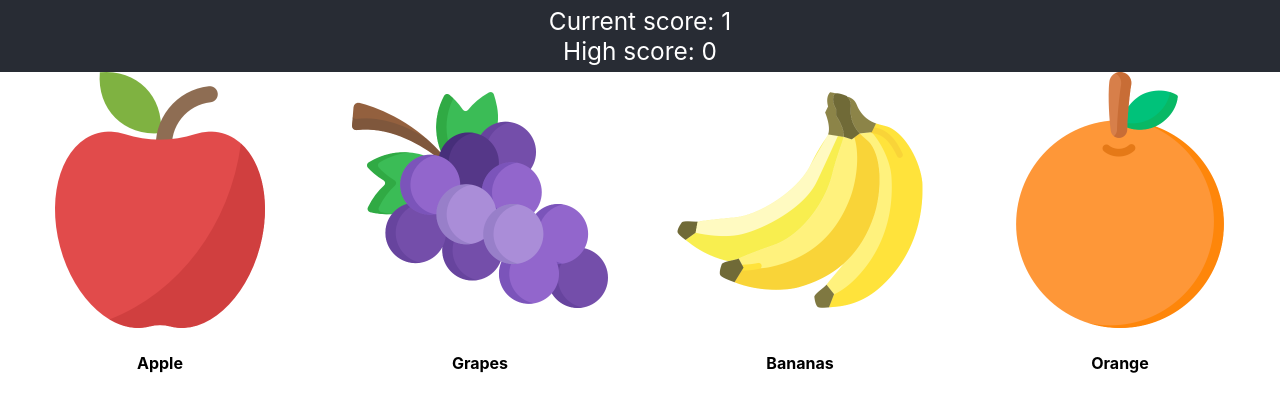
Repository: chin9/MemoryCard
Page: /
An editor plug-in stored every save of this project. The page is shown before and after the next save, followed by the edit.
The browser window is 1280 px wide. The pictures show the whole page.
The project was rebuilt for these pictures with package versions that can differ from the ones it lists, and the page was loaded fresh each time.

Above is the page before, as saved 2021-07-08 19:07:29.

### public/index.html
<!DOCTYPE html>
<html lang="en">
  <head>
    <meta charset="utf-8" />
    <link rel="icon" href="%PUBLIC_URL%/favicon.ico" />
    <meta name="viewport" content="width=device-width, initial-scale=1" />
    <meta name="theme-color" content="#000000" />
    <meta
      name="description"
      content="Web site created using create-react-app"
    />
    <link rel="apple-touch-icon" href="%PUBLIC_URL%/logo192.png" />
    <!--
      manifest.json provides metadata used when your web app is installed on a
      user's mobile device or desktop. See https://developers.google.com/web/fundamentals/web-app-manifest/
    -->
    <link rel="manifest" href="%PUBLIC_URL%/manifest.json" />
    <!--
      Notice the use of %PUBLIC_URL% in the tags above.
      It will be replaced with the URL of the `public` folder during the build.
      Only files inside the `public` folder can be referenced from the HTML.

      Unlike "/favicon.ico" or "favicon.ico", "%PUBLIC_URL%/favicon.ico" will
      work correctly both with client-side routing and a non-root public URL.
      Learn how to configure a non-root public URL by running `npm run build`.
    -->
    <title>Memory Card</title>
  </head>
  <body>
    <noscript>You need to enable JavaScript to run this app.</noscript>
    <div id="root"></div>
    <!--
      This HTML file is a template.
      If you open it directly in the browser, you will see an empty page.

      You can add webfonts, meta tags, or analytics to this file.
      The build step will place the bundled scripts into the <body> tag.

      To begin the development, run `npm start` or `yarn start`.
      To create a production bundle, use `npm run build` or `yarn build`.
    -->
  </body>
</html>

### src/App.js
import './App.css';
import Scoreboard from './components/Scoreboard';
import Cards from './components/Cards';
import React, { useState, useEffect } from 'react';

function App() {

  //keep track of scores
  const [score, setScore] = useState(0);
  const [highScore, setHighScore] = useState(0);

  //keep track of cards
  const [cardsClicked, setCardsClicked] = useState([]);
  const [currCard, setCurrCard] = useState(null);

  // useEffect(()=>{
  //   const incrementOnClick = () => {
  //     setScore(score + 1);
  //   }

  //   document.addEventListener('click', incrementOnClick);

  //   return () => {
  //     document.removeEventListener('click', incrementOnClick);
  //   }
  // }, [score, highScore]);

  useEffect(()=> console.log('wait'), [score]);
  useEffect(()=> {
    const exists = cardsClicked.some(v => v === currCard);

    if (!exists) {
      setScore(score => score + 1);
      setCardsClicked(cardsClicked => [...cardsClicked, currCard]);

      if (score > highScore) {setHighScore(score)};
    } else {
      setScore(0);
      setCardsClicked([]);
    }
    // console.log(cardsClicked.some(v => v === ));

  }, [currCard]);


  const updateScore = (id) => {
    //if cardsClicked doesn't contain id, add 1 to score, add id to cardsClicked
    //    if score > highScore, set highScore = score
    //else (if cardsClicked contains id), set score to 0, empty cardsClicked

    setCurrCard(id);

    // const exists = cardsClicked.some(v => v == id);
    // console.log(id);
    // console.log(exists);

    // if (!exists) {
    //   setScore(score => score + 1);
    //   setCardsClicked(cardsClicked => [...cardsClicked, id]);

    //   if (score > highScore) {setHighScore(score)};
    // } else {
    //   setScore(0);
    //   setCardsClicked([]);
    // }
  }

  return (
    <div className="App">
      <header className="App-header">
        <Scoreboard score={score} highScore={highScore}/>
      </header>
      <Cards updateScore={updateScore}/>
    </div>
  );
}

export default App;

### src/App.css
.App {
  text-align: center;
}

.App-logo {
  height: 40vmin;
  pointer-events: none;
}

@media (prefers-reduced-motion: no-preference) {
  .App-logo {
    animation: App-logo-spin infinite 20s linear;
  }
}

.App-header {
  background-color: #282c34;
  height: 10vh;
  display: flex;
  flex-direction: column;
  align-items: center;
  justify-content: center;
  font-size: calc(10px + 2vmin);
  color: white;
}

.App-link {
  color: #61dafb;
}

@keyframes App-logo-spin {
  from {
    transform: rotate(0deg);
  }
  to {
    transform: rotate(360deg);
  }
}

### src/components/Scoreboard.js
import React from 'react';

const Scoreboard = (props) => {

    return (
        <div>
            <div>Current score: {props.score}</div>
            <div>High score: {props.highScore}</div>
            </div>
    )
}

export default Scoreboard;

### src/components/Cards.js
import React, {useState, useEffect} from 'react';
import apple from '../images/apple.png';
import grapes from '../images/grapes.png';
import bananas from '../images/bananas.png';
import orange from '../images/orange-juice.png'
import '../style/Cards.css'

const Cards = (props) => {



    useEffect(()=>{
        const apple = document.getElementById(0);
        const grapes = document.getElementById(1);
        const bananas = document.getElementById(2);
        const orange = document.getElementById(3);



        const updateScoreWithFruit = (e) => {
            props.updateScore(e.id)
        };

        apple.addEventListener('click', ()=>{updateScoreWithFruit(apple)});
        grapes.addEventListener('click', ()=>{updateScoreWithFruit(grapes)});
        bananas.addEventListener('click', ()=>{updateScoreWithFruit(bananas)});
        orange.addEventListener('click', ()=>{updateScoreWithFruit(orange)});

        console.log('mounted');

        return ()=>{
            apple.removeEventListener('click', updateScoreWithFruit(apple));
            grapes.removeEventListener('click', updateScoreWithFruit(grapes));
            bananas.removeEventListener('click', updateScoreWithFruit(bananas));
            orange.removeEventListener('click', updateScoreWithFruit(orange));
        }

    }, []);




    return (
    <div className='card-display'>
        <div>
            <img src={apple} alt='apple' className='fruit' id={0}></img>
            <h4>Apple</h4>
        </div>
        <div>
            <img src={grapes} alt='grapes' className='fruit' id={1}></img>
            <h4>Grapes</h4>
        </div>
        <div>
            <img src={bananas} alt='bananas' className='fruit' id={2}></img>
            <h4>Bananas</h4>
        </div>
        <div>
            <img src={orange} alt='orange' className='fruit' id={3}></img>
            <h4>Orange</h4>
        </div>
    </div>
    );
}

export default Cards;

### src/style/Cards.css

.card-display {
    display: grid;
    grid-template-columns: 1fr 1fr 1fr 1fr;
}

.fruit {
    height: auto;
    width: auto;
    max-width: 20vw;
}

.fruit:hover {
    cursor: pointer;
}

Loaded but not shown: src/index.js (common file); src/index.css (common file)

After the next save:
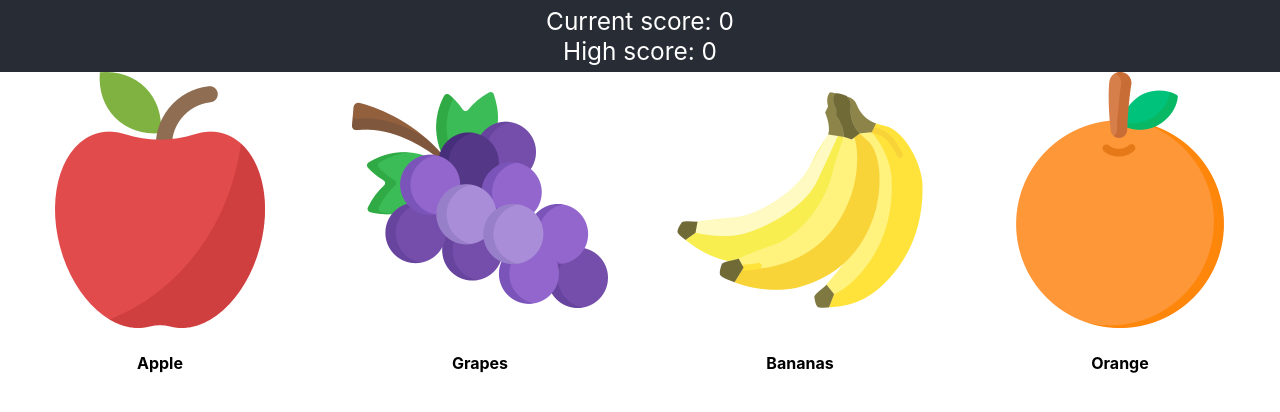
Saved 75 s later.
--- a/src/App.js
+++ b/src/App.js
@@ -28,8 +28,10 @@ function App() {
   useEffect(()=> console.log('wait'), [score]);
   useEffect(()=> {
     const exists = cardsClicked.some(v => v === currCard);
-
-    if (!exists) {
+    if (currCard === null) {
+      // do nothing
+    } else {
+     if (!exists) {
       setScore(score => score + 1);
       setCardsClicked(cardsClicked => [...cardsClicked, currCard]);
 
@@ -38,6 +40,8 @@ function App() {
       setScore(0);
       setCardsClicked([]);
     }
+    }
+
     // console.log(cardsClicked.some(v => v === ));
 
   }, [currCard]);
